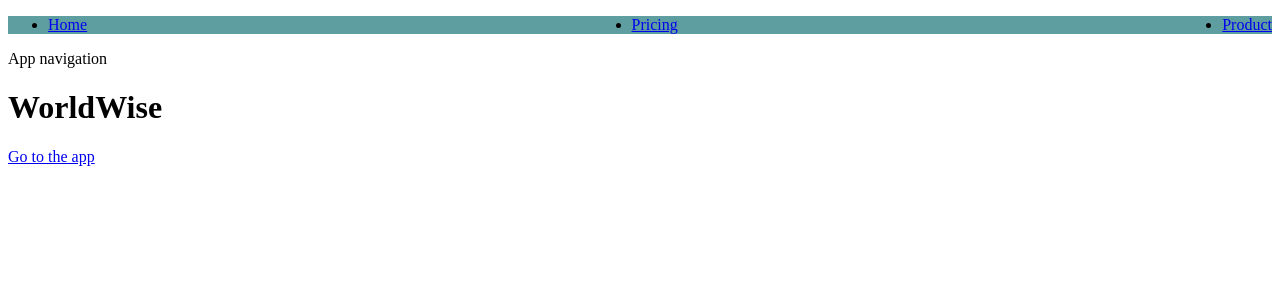
Repository: pmcalmeida/worldwise
Page: /
The author's editor kept a copy of each file at every save. The page is drawn from the files as they stood at one save, then again after the next save.
The browser window is 1280 px wide. The pictures show the whole page.
The project was rebuilt for these pictures with package versions that can differ from the ones it lists, and the page was loaded fresh each time. Also part of the build but not shown: vite.config.js, src/pages/Product.jsx, src/pages/Pricing.jsx, src/pages/PageNotFound.jsx. Imported but missing from the stored project, and not drawn on this page: src/pages/AppLayout.

Above is the page before, as saved 2024-07-17 16:10:27.

After the next save:
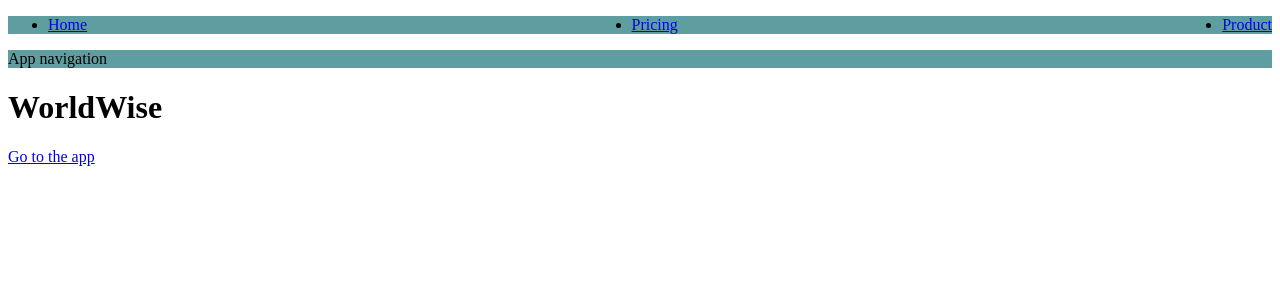
Saved 18 s later.
--- a/src/components/AppNav.module.css
+++ b/src/components/AppNav.module.css
@@ -1,3 +1,5 @@
 .nav {
-
+    display: flex;
+    justify-content: space-between;
+    background-color: cadetblue;
 }
